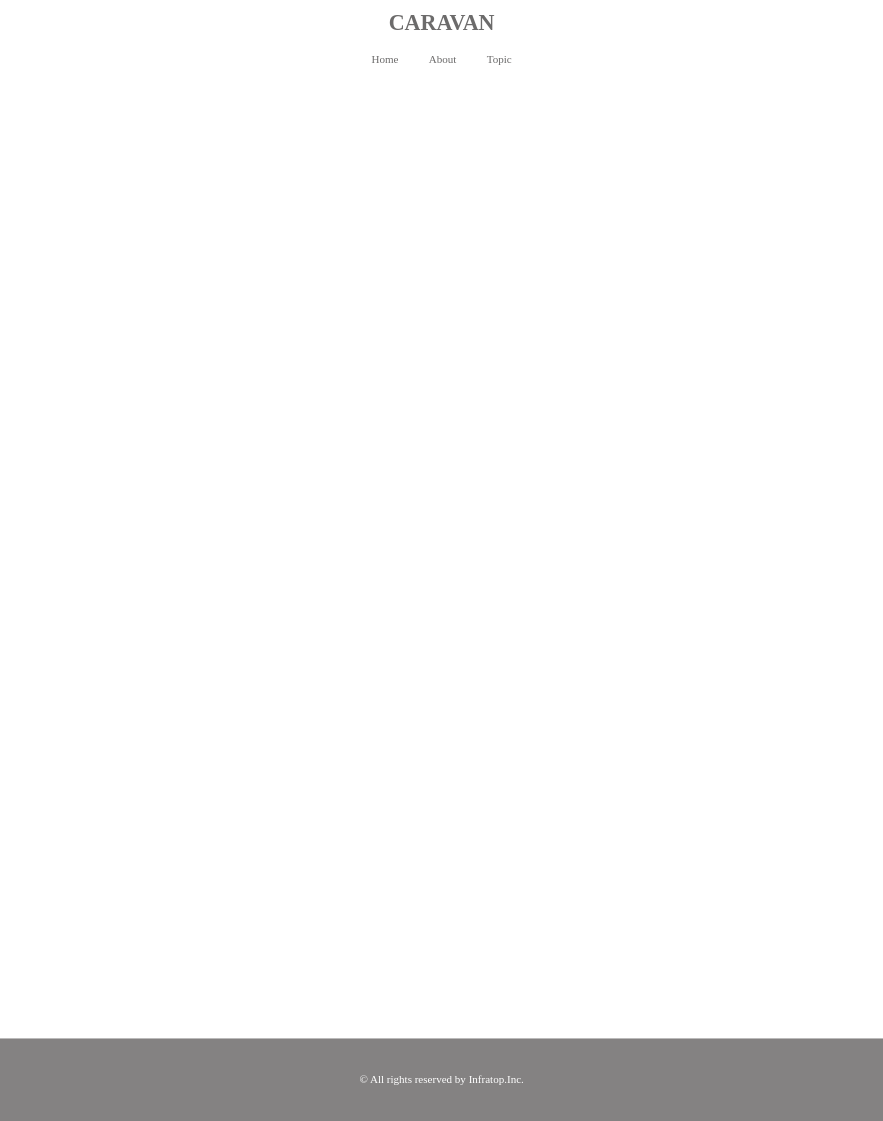
Repository: mitoma99/task4
Page: caravan/index.html
The author's editor kept a record of every edit. The page is drawn from the files as they stood at one moment, then again after the next edit.
The browser window is 1280 px wide. The pictures show the whole page, at 69% of full size.

Above is the page before.

### caravan/index.html
<!DOCTYPE html>
<html lang="ja">
  <head>
    <meta charset="UTF-8"/>
    <link rel="stylesheet" href="style.css"/>
    <title>CARAVAN</title>
  </head>


<body>
  <header>
    <h1 class="heading">
      <a href="index.html">
        CARAVAN
      </a>
    </h1>
  </header>

  <nav>
    <ul class="nav-list">
      <li class="nav-list-item">
        <a href="index.html">Home</a>
      </li>
      <li class="nav-list-item">About</li>
      <li class="nav-list-item">Topic</li>
    </ul>
  </nav>

  <div class="main">
    <div class="blog"></div>
    <div class="sideber"></div>
  </div>

  <footer>
    <p class="footer-text">© All rights reserved by Infratop.Inc.</p>
  </footer>
 </body>
</html>

### caravan/style.css
*{
  margin:0;
  padding:0;
  box-sizing:border-box;
  color:#6c6b6b;
}

a{
  text-decoration:none;
}

header{
  width:90%;
  padding:15px 0;
  margin:0 auto;
  text-align:center;
}

header.heading{
  font-size:32px;
}

.nav-list{
  text-align:center;
  padding:10px 0;
  margin:0 auto;
}

.nav-list-item{
  list-style:none;
  display:inline-block;
  margin:0 20px;
}

.main-visual{
  width:100%;
  height:300px;
  background-image:url(img/mv.jpg);
  background-size:cover;
  background-position:center;
}

.main-visual-content{
  width:40%;
  height:300px;
  background-color:rgba(0,0,0,0.5);
  text-align:center;
  padding-top:105px;
}

.main-visual-text{
  color:#fff;
}

.main-visual-name{
  margin-top:30px;
  color:#fff;
}

.main{
  width:840px;
  display:flex;
  justify-content:center;
  margin:0 auto;
}

.blog{
  width:240px;
  height:1400px;
}

footer{
  width:100%;
  height:120px;
  text-align:center;
  line-height:120px;
  background-color:#848282;
}

.footer-text{
  color:#fff;
}

After the next edit:
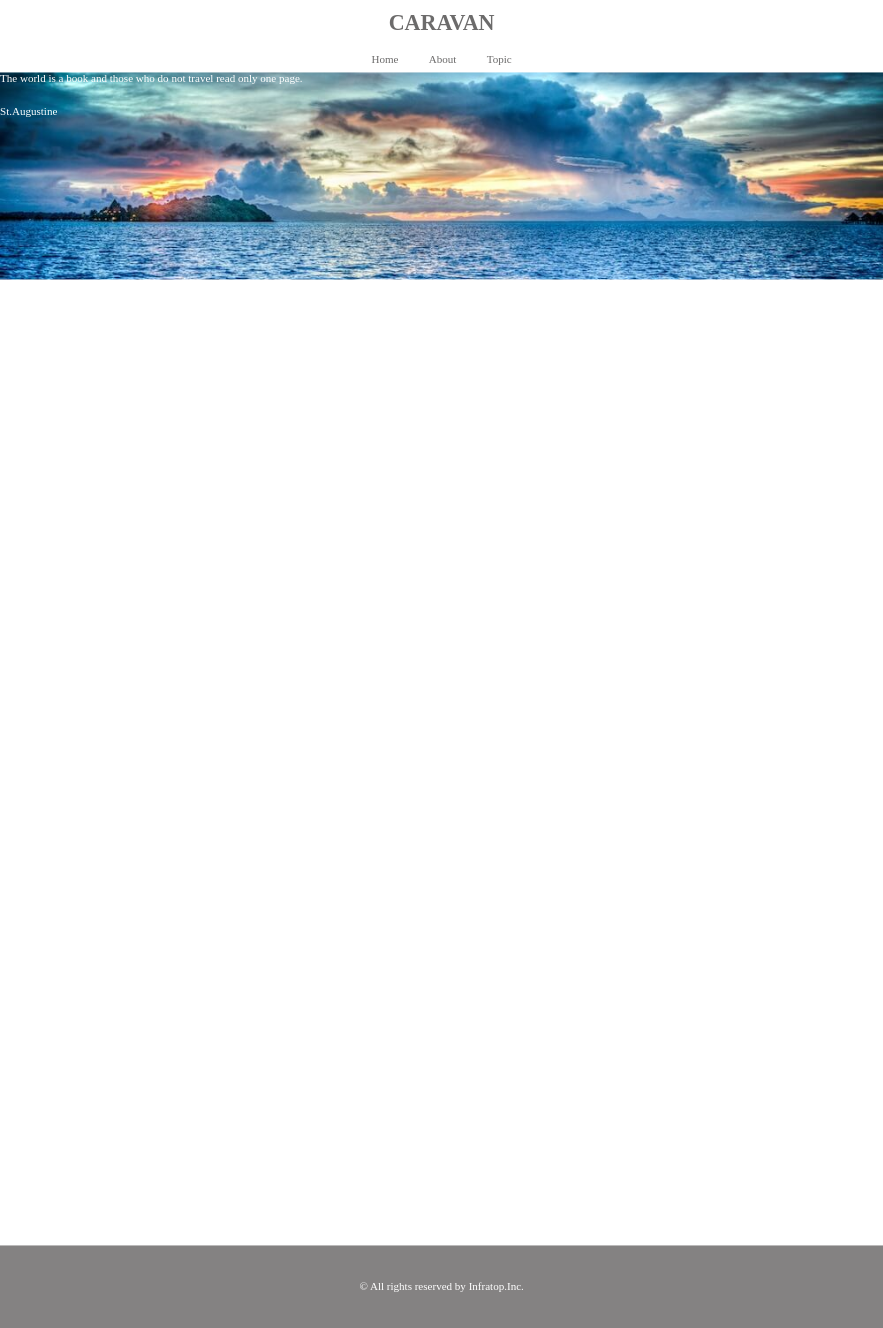
The edit:
--- a/caravan/index.html
+++ b/caravan/index.html
@@ -26,6 +26,17 @@
     </ul>
   </nav>
 
+  <div class="main-visual">
+    <div cass="main-visual-content">
+      <p class="main-visual-text">
+        The world is a book and those who do not travel read only one page.
+      </p>
+      <p class="main-visual-name">
+        St.Augustine
+      </p>
+    </div>
+  </div>
+
   <div class="main">
     <div class="blog"></div>
     <div class="sideber"></div>
